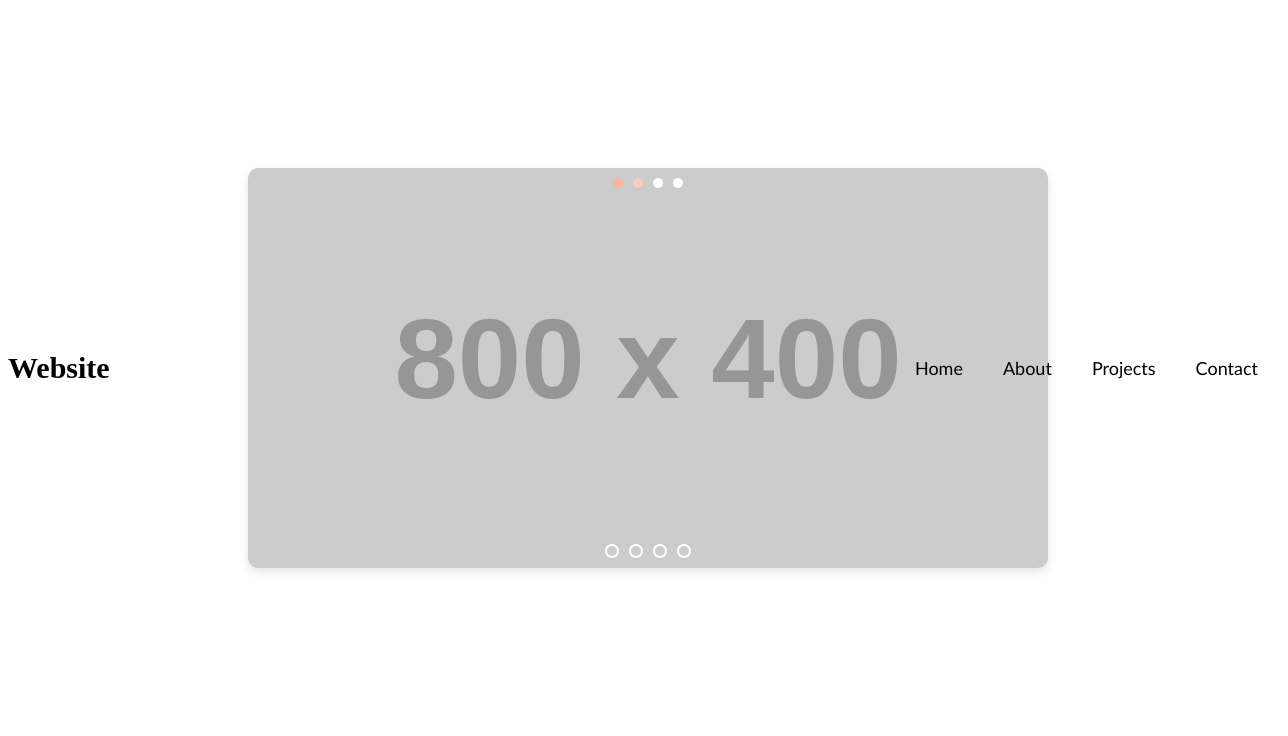
Repository: alishbah7/Choice1
Page: index.html
These files come from the project's save history. The page is drawn as it stood at one moment and after the next save; the edit follows.
The browser window is 1280 px wide. The page is 1288 px wide, then 1280 px, then 1288 px, so the pictures cover 1288 px, including what lies to the right of the window. The pictures show the whole page.

Above is the page before, as saved 2024-11-23 20:41:16.

### index.html
<!DOCTYPE html>
<html lang="en">
<head>
    <meta charset="UTF-8">
    <meta name="viewport" content="width=device-width, initial-scale=1.0">
    <title>Navbar</title>

    <!--=== CSS ===-->
    <link rel="stylesheet" href="style.css">

    <!--=== BOXICONS ===-->
    <link href='https://unpkg.com/boxicons@2.1.4/css/boxicons.min.css' rel='stylesheet' />
</head>
<body>
    <!------------ header ------------>
    <header>
        <h1>Website</h1>

        <input type="checkbox" id="check" />
        <label for="check" class="icon">
            <i class="bx bx-menu" id="menu-icon"></i>
            <i class="bx bx-x" id="close-icon"></i>
        </label>

        <nav class="navbar">
            <a href="#" class="nav-item" style="--i: 1" data-aos="fade-down">Home</a>
            <a href="#" class="nav-item" style="--i: 2" data-aos="fade-down">About</a>
            <a href="#" class="nav-item" style="--i: 3" data-aos="fade-down">Projects</a>
            <a href="#" class="nav-item" style="--i: 4" data-aos="fade-down">Contact</a>
        </nav>
    </header>

    <!------------ home ------------>
    <div class="slider">
        <div class="slides">
          <!-- Radio Buttons for Manual Navigation -->
          <input type="radio" name="radio-btn" id="slide1" checked>
          <input type="radio" name="radio-btn" id="slide2">
          <input type="radio" name="radio-btn" id="slide3">
          <input type="radio" name="radio-btn" id="slide4">

          <!-- Slide Images -->
          <div class="slide first">
            <img src="https://via.placeholder.com/800x400?text=Slide+1" alt="Slide 1">
          </div>
          <div class="slide">
            <img src="https://via.placeholder.com/800x400?text=Slide+2" alt="Slide 2">
          </div>
          <div class="slide">
            <img src="https://via.placeholder.com/800x400?text=Slide+3" alt="Slide 3">
          </div>
          <div class="slide">
            <img src="https://via.placeholder.com/800x400?text=Slide+4" alt="Slide 4">
          </div>

          <!-- Automatic Navigation -->
          <div class="navigation-auto">
            <div class="auto-btn1"></div>
            <div class="auto-btn2"></div>
            <div class="auto-btn3"></div>
            <div class="auto-btn4"></div>
          </div>

          <!-- Manual Navigation -->
          <div class="navigation-manual">
            <label for="slide1" class="manual-btn"></label>
            <label for="slide2" class="manual-btn"></label>
            <label for="slide3" class="manual-btn"></label>
            <label for="slide4" class="manual-btn"></label>
          </div>
        </div>
      </div>

</body>
</html>

### style.css
/* --==== HEADER ====-- */
body{
    width: 100%;
    box-sizing: border-box;
    display: flex;
    justify-content: center;
    align-items: center;
    height: 100vh;
}

header {
    color: white;
    position: fixed;
    width: 100%;
    height: 60px;
    display: flex;
    justify-content: space-between;
    align-items: center;
    padding: 0 10px;
    z-index: 5;
}
header h1{
    font-size: 30px;
    color: black;
}
.navbar{
    display: flex;
    padding: 0 30px;
    gap: 40px;
}
#circleIcon{
    font-size: 6px;
}
.nav-item {
    font-family: 'Gill Sans', 'Gill Sans MT', Calibri, 'Trebuchet MS', sans-serif;
    color: black;
    font-size: 18px;
    text-decoration: none;
    transition: all 0.5s ease;

}
.icon {
    position: absolute;
    right: 5%;
    font-size: 36.8px;
    color: black;
    cursor: pointer;
    display: none;
}

#check {
    display: none;
}
@media (max-width: 870px) {
    #circleIcon{
        display: none;
    }
    header{
        height: 40px;
    }
    header::before {
        position: absolute;
        content: "";
        inset: 0;
        width: 100%;
        backdrop-filter: blur(20px);
        z-index: -1;
    }

    header::after {
        position: absolute;
        content: "";
        top: 0;
        left: -100%;
        width: 100%;
        height: 100%;
        transition: 0.8s;
    }
    .icon {
        display: inline-flex;
    }
    #check:checked ~ .icon #menu-icon {
        display: none;
    }
    .icon #close-icon {
        display: none;
    }
    #check:checked ~ .icon #close-icon {
        display: block;
    }
    .navbar {
        padding: 0;
        display: block;
        position: absolute;
        top: 100%;
        left: 0;
        width: 100%;
        height: 0;
        background: black;
        backdrop-filter: blur(50px);
        box-shadow: 0 8px 16px rgba(0, 0, 0, 0.1);
        overflow: hidden;
        transition: all 0.3s ease;
    }
    #check:checked ~ .navbar {
        height: 256px;
    }
    .nav-item {
        color: white;
        display: block;
        font-size: 17.6px;
        margin: 32px 0;
        text-align: center;
        transform: translateY(-50px);
        opacity: 0;
        transition: all 0.3s ease;
    }
    .nav-item:hover::after {
        width: auto;
    }
    #check:checked ~ .navbar a {
        transform: translateY(0);
        opacity: 1;
        transition-delay: calc(0.15s * var(--i));
    }
}
@media screen and (max-width: 350px) {
    header h1{
      font-size: 20px;
    }
}



/* General Reset */
/* * {
    margin: 0;
    padding: 0;
    box-sizing: border-box;
  }

  body {
    display: flex;
    justify-content: center;
    align-items: center;
    height: 100vh;
    background: #f3f3f3;
    font-family: Arial, sans-serif;
  } */

  .slider {
    width: 800px;
    height: 400px;
    overflow: hidden;
    border-radius: 10px;
    position: relative;
    box-shadow: 0 4px 8px rgba(0, 0, 0, 0.1);
  }

  .slides {
    display: flex;
    width: 400%;
    height: 100%;
  }

  .slides input {
    display: none;
  }

  .slide {
    width: 100%;
    height: 100%;
    transition: transform 0.6s ease-in-out;
  }

  .slide img {
    width: 100%;
    height: 100%;
    object-fit: cover;
  }

  .navigation-manual {
    position: absolute;
    width: 100%;
    bottom: 10px;
    display: flex;
    justify-content: center;
    gap: 10px;
  }

  .manual-btn {
    border: 2px solid #fff;
    padding: 5px;
    border-radius: 50%;
    cursor: pointer;
    transition: background 0.3s;
  }

  .manual-btn:hover {
    background: #fff;
  }

  #slide1:checked ~ .first {
    transform: translateX(0);
  }

  #slide2:checked ~ .first {
    transform: translateX(-100%);
  }

  #slide3:checked ~ .first {
    transform: translateX(-200%);
  }

  #slide4:checked ~ .first {
    transform: translateX(-300%);
  }

  /* Automatic Navigation */
  .navigation-auto {
    position: absolute;
    display: flex;
    width: 100%;
    justify-content: center;
    top: 10px;
    gap: 10px;
  }

  .navigation-auto div {
    width: 10px;
    height: 10px;
    background: #fff;
    border-radius: 50%;
    animation: slide 16s infinite;
  }

  .navigation-auto .auto-btn1 {
    animation-delay: 0s;
  }

  .navigation-auto .auto-btn2 {
    animation-delay: 4s;
  }

  .navigation-auto .auto-btn3 {
    animation-delay: 8s;
  }

  .navigation-auto .auto-btn4 {
    animation-delay: 12s;
  }

  @keyframes slide {
    25% {
      background: #ff7e5f;
    }
    50% {
      background: #fff;
    }
  }

After the next save:
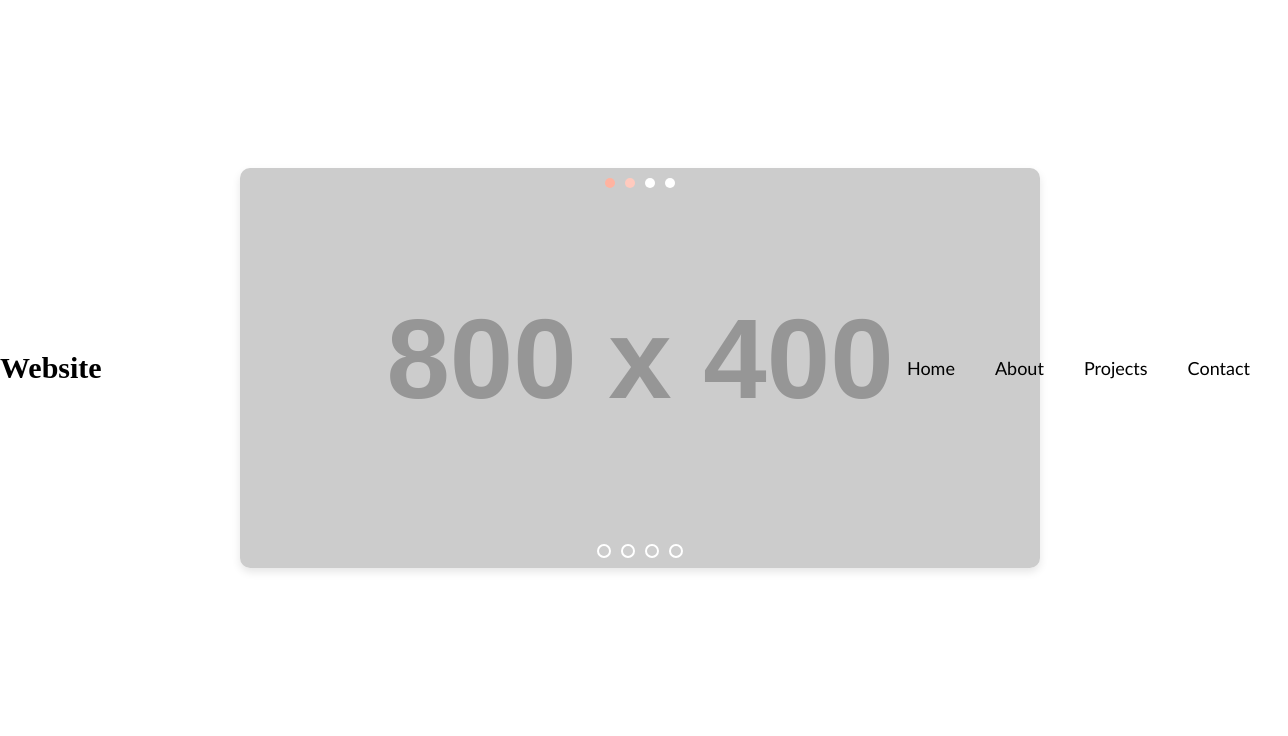
Saved 12 s later.
--- a/style.css
+++ b/style.css
@@ -1,7 +1,7 @@
 /* --==== HEADER ====-- */
 body{
-    width: 100%;
-    box-sizing: border-box;
+    /* width: 100%;
+    box-sizing: border-box; */
     display: flex;
     justify-content: center;
     align-items: center;

After the save that followed:
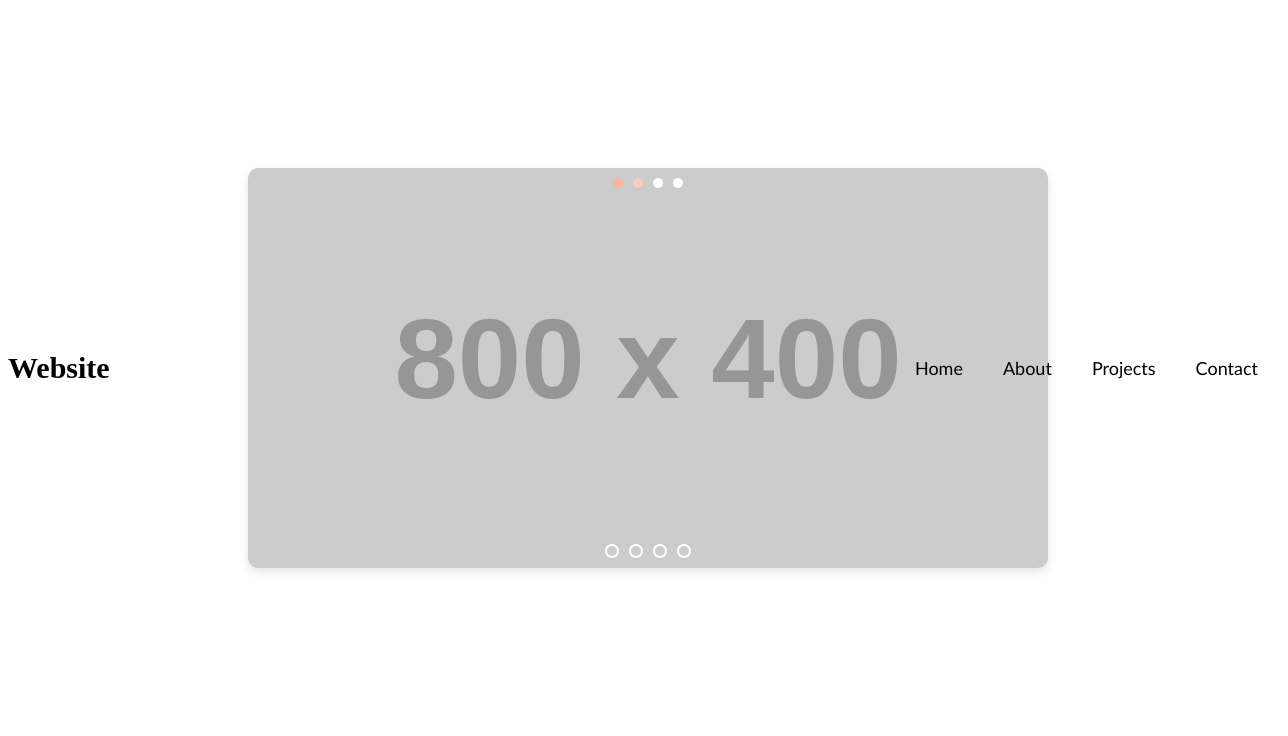
Saved 9 s later.
--- a/style.css
+++ b/style.css
@@ -1,7 +1,7 @@
 /* --==== HEADER ====-- */
 body{
-    /* width: 100%;
-    box-sizing: border-box; */
+    width: 100%;
+    box-sizing: border-box;
     display: flex;
     justify-content: center;
     align-items: center;
